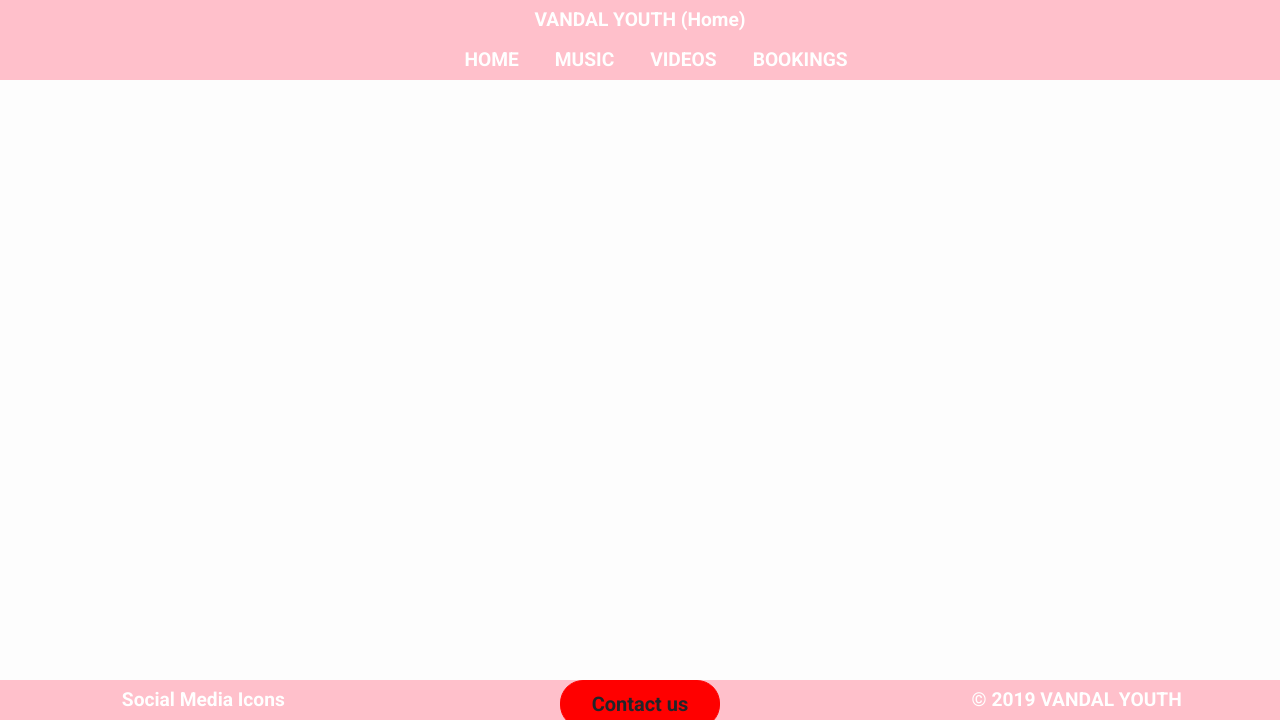
Repository: dof-bull/ci_milestone_project_1_Vandal_Youth
Page: index.html
The author's editor kept a record of every edit. The page is drawn from the files as they stood at one moment, then again after the next edit.
The browser window is 1280 px wide. The pictures show the whole page.
The pointer rests on the first visible `.btn--red`.

Above is the page before.

### index.html
<!DOCTYPE html>
<html lang="en">

<head>
    <meta charset="UTF-8">
    <meta name="viewport" content="width=device-width, initial-scale=1.0">
    <meta http-equiv="X-UA-Compatible" content="ie=edge">
    <link rel="stylesheet" href="https://stackpath.bootstrapcdn.com/bootstrap/4.3.1/css/bootstrap.min.css" integrity="sha384-ggOyR0iXCbMQv3Xipma34MD+dH/1fQ784/j6cY/iJTQUOhcWr7x9JvoRxT2MZw1T" crossorigin="anonymous">
    <link href="https://stackpath.bootstrapcdn.com/font-awesome/4.7.0/css/font-awesome.min.css" rel="stylesheet" integrity="sha384-wvfXpqpZZVQGK6TAh5PVlGOfQNHSoD2xbE+QkPxCAFlNEevoEH3Sl0sibVcOQVnN" crossorigin="anonymous">
    <link href="https://fonts.googleapis.com/css?family=Roboto:400,700&display=swap" rel="stylesheet">
    <link rel="stylesheet" href="assets/css/style.css" type="text/css" />
    <title>Vandal Youth | Official Site</title>
</head>

<body>
    <header>
        <h1 class="container-fluid band-name-top">VANDAL YOUTH (Home)</h1>
    </header>

    <!--********NAVBAR********-->
    <div class="container-fluid">
        <nav>
            <ul>
                <li><a href="index.html">HOME</a></li>
                <li><a href="music.html">MUSIC</a></li>
                <li><a href="videos.html">VIDEOS</a></li>
                <li><a href="bookings.html">BOOKINGS</a></li>
            </ul>
        </nav>
    </div>
    <!--********/NAVBAR********-->


    <section>

    </section>

    <!--********FOOTER********-->
    <footer>
        <div class="container-fluid footer">
            <div class="row">
                <div class="col">
                    Social Media Icons
                </div>
                <div class="col">
                    <p><button class="btn btn-lg btn--cta btn--red" data-toggle="modal" data-target="#signUpModal">Contact us</button></p>
                </div>
                <div class="col">
                    © 2019 VANDAL YOUTH
                </div>
            </div>
        </div>
    </footer>
    <!--********/FOOTER********-->

    <!--  Modal -->
    <div class="modal" tabindex="-1" role="dialog" id="signUpModal">
        <div class="modal-dialog" role="document">
            <div class="modal-content">
                <div class="modal-header">
                    <h5 class="modal-title">Get in touch with us for any questions, bookings or collaborations.</h5>


                    <button type="button" class="close" data-dismiss="modal" aria-label="Close">
          <span aria-hidden="true">&times;</span>
        </button>
                </div>
                <div class="modal-body">
                    <form>
                        <div class="form-group">
                            <label for="recipient-name" class="col-form-label">Name:</label>
                            <input type="text" class="form-control" id="recipient-name">
                        </div>
                        <div class="form-group">
                            <label for="exampleInputEmail1">Email address</label>
                            <input type="email" class="form-control" id="exampleInputEmail1" aria-describedby="emailHelp" placeholder="Enter email">
                            <small id="emailHelp" class="form-text text-muted">We'll never share your email with anyone else.</small>
                        </div>
                        <div class="form-group">
                            <label for="message-text" class="col-form-label">Message:</label>
                            <textarea class="form-control" id="message-text"></textarea>
                        </div>
                        <button type="submit" class="btn btn-success">Submit</button>
                    </form>
                </div>
            </div>
        </div>
    </div>
    <!--  /Modal -->

    <script src="https://code.jquery.com/jquery-3.3.1.slim.min.js" integrity="sha384-q8i/X+965DzO0rT7abK41JStQIAqVgRVzpbzo5smXKp4YfRvH+8abtTE1Pi6jizo" crossorigin="anonymous"></script>
    <script src="https://cdnjs.cloudflare.com/ajax/libs/popper.js/1.14.7/umd/popper.min.js" integrity="sha384-UO2eT0CpHqdSJQ6hJty5KVphtPhzWj9WO1clHTMGa3JDZwrnQq4sF86dIHNDz0W1" crossorigin="anonymous"></script>
    <script src="https://stackpath.bootstrapcdn.com/bootstrap/4.3.1/js/bootstrap.min.js" integrity="sha384-JjSmVgyd0p3pXB1rRibZUAYoIIy6OrQ6VrjIEaFf/nJGzIxFDsf4x0xIM+B07jRM" crossorigin="anonymous"></script>


</body>

</html>

### assets/css/style.css
body {
    font-family: 'Roboto', sans-serif;
    background-color: #fdfdfd;
}

.container-fluid {
    padding: 0px
}

/* Header */

.band-name-top {
    font-weight: bold;
    text-align: center;
    background-color: pink;
    color: white;
    font-size: 1.2em;
    line-height: 40px;
    height: 40px;
    display: inline-block;
    margin-left: 2.5%;
    list-style: none;
    margin: 0;
    padding: 0;
}


/* Navbar */

nav {
    font-weight: bold;
}

nav ul {
    list-style: none;
    background-color: pink;
    text-align: center;
    margin: 0;
    padding: 0;
}

nav li {
    font-size: 1.2em;
    line-height: 40px;
    height: 40px;
    display: inline-block;
    margin-left: 2.5%
}

nav a {
    text-decoration: none;
    color: #fff;
    display: block
}

nav a:hover {
    background-color: #fff;
    color: #4a4a4f;
    list-style: none;
}



/* Footer */

.footer {
    font-weight: bold;
    position: fixed;
    left: 0;
    bottom: 0;
    width: 100%;
    background-color: pink;
    color: white;
    text-align: center;
    font-size: 1.2em;
    line-height: 40px;
    height: 40px;
    display: inline-block;
    margin-left: 2.5%;
    list-style: none;
    margin: 0;
    padding: 0;
}

/* Modal */


/* Buttons */

.btn--cta {
    font-weight: bold;
    border-radius: 23px;
    width: 160px;
}

.btn--red {
    color: white;
    background-color: pink;
    border-color: pink;
}

.btn--red:hover,
.btn--red:active,
.btn--red:focus,
.btn--red:active:focus {
    background-color: red;
    border-color: red;
}

After the next edit:
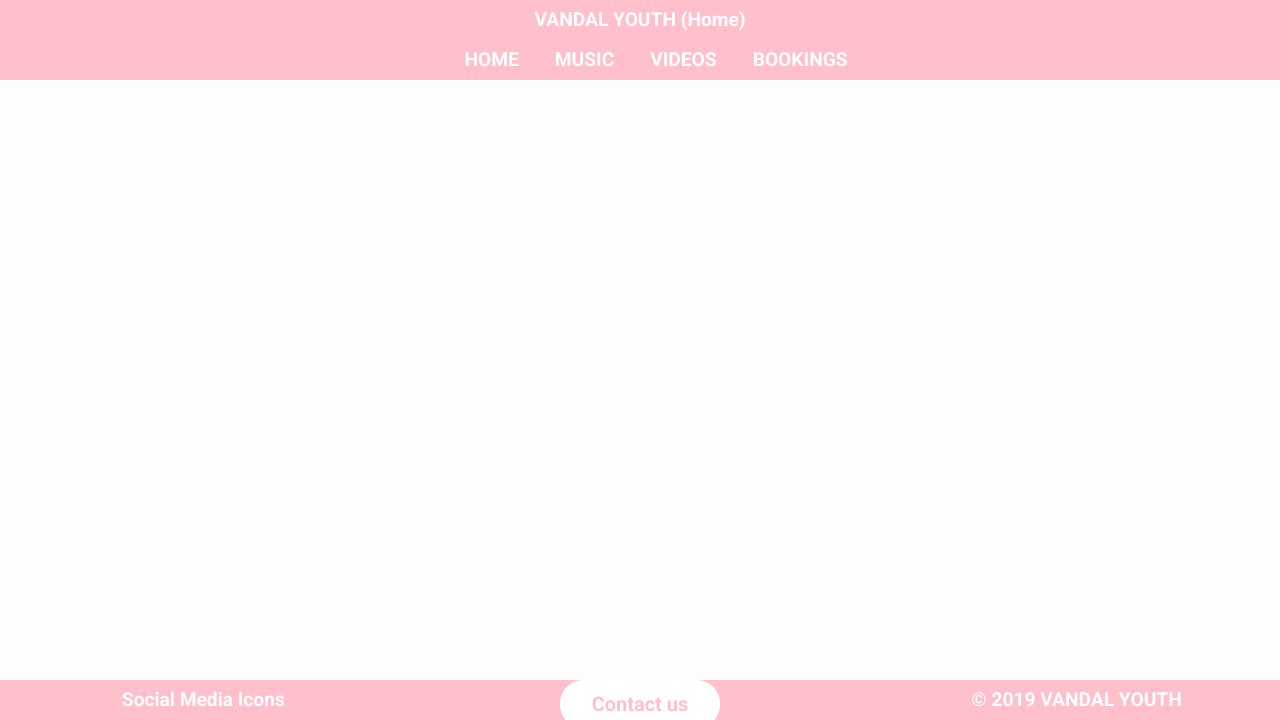
The edit:
--- a/assets/css/style.css
+++ b/assets/css/style.css
@@ -103,6 +103,7 @@
 .btn--red:active,
 .btn--red:focus,
 .btn--red:active:focus {
-    background-color: red;
-    border-color: red;
+    background-color: white;
+    border-color: white;
+    color: pink;
 }
